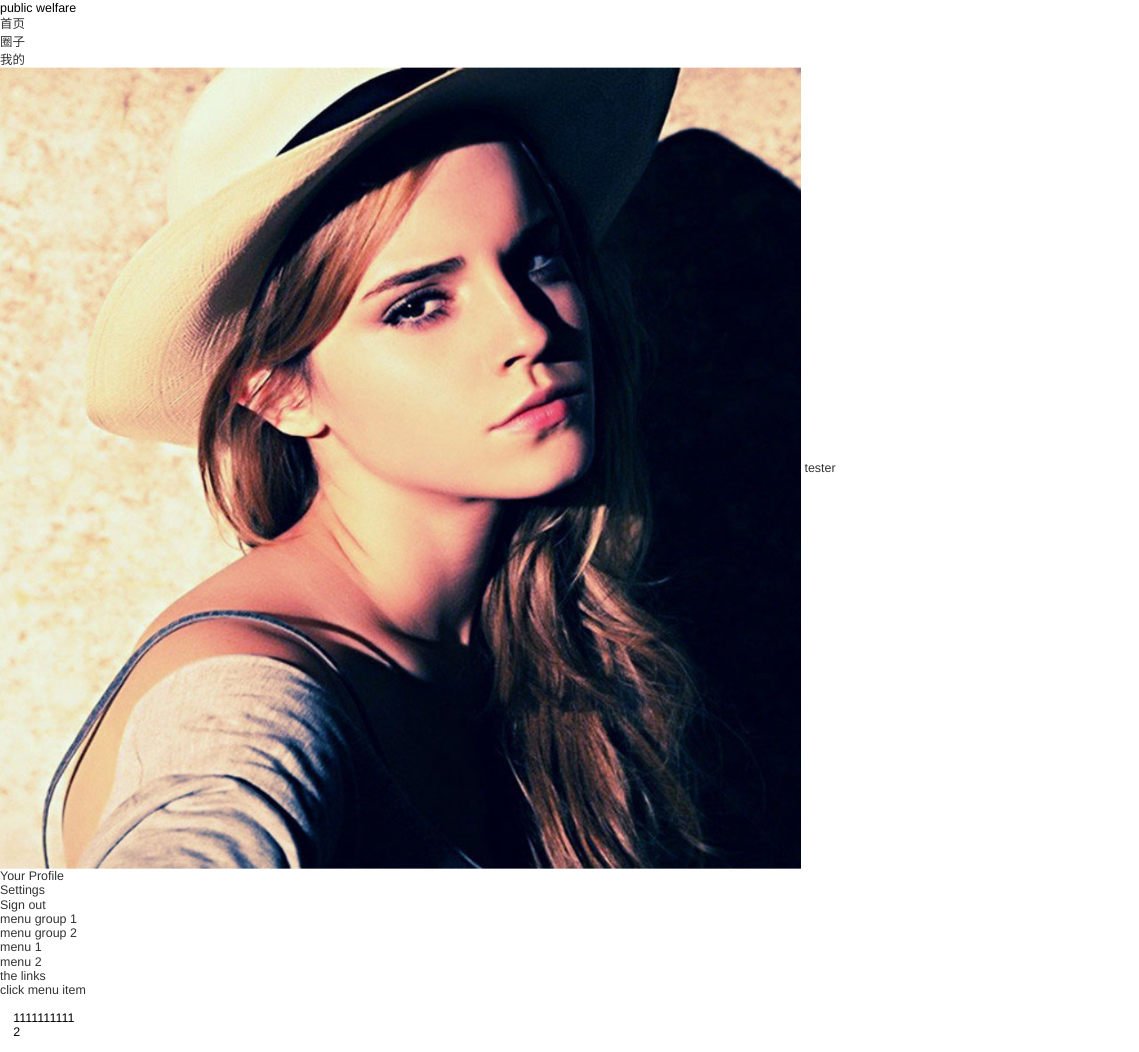
Repository: wjiawei97/FrontEndExercises
Page: 6. bigEvent/index.html
An editor plug-in stored every save of this project. The page is shown before and after the next save, followed by the edit.
The browser window is 1280 px wide. The pictures show the whole page, at 89% of full size.

Above is the page before, as saved 2021-08-12 09:17:24.

After the next save:
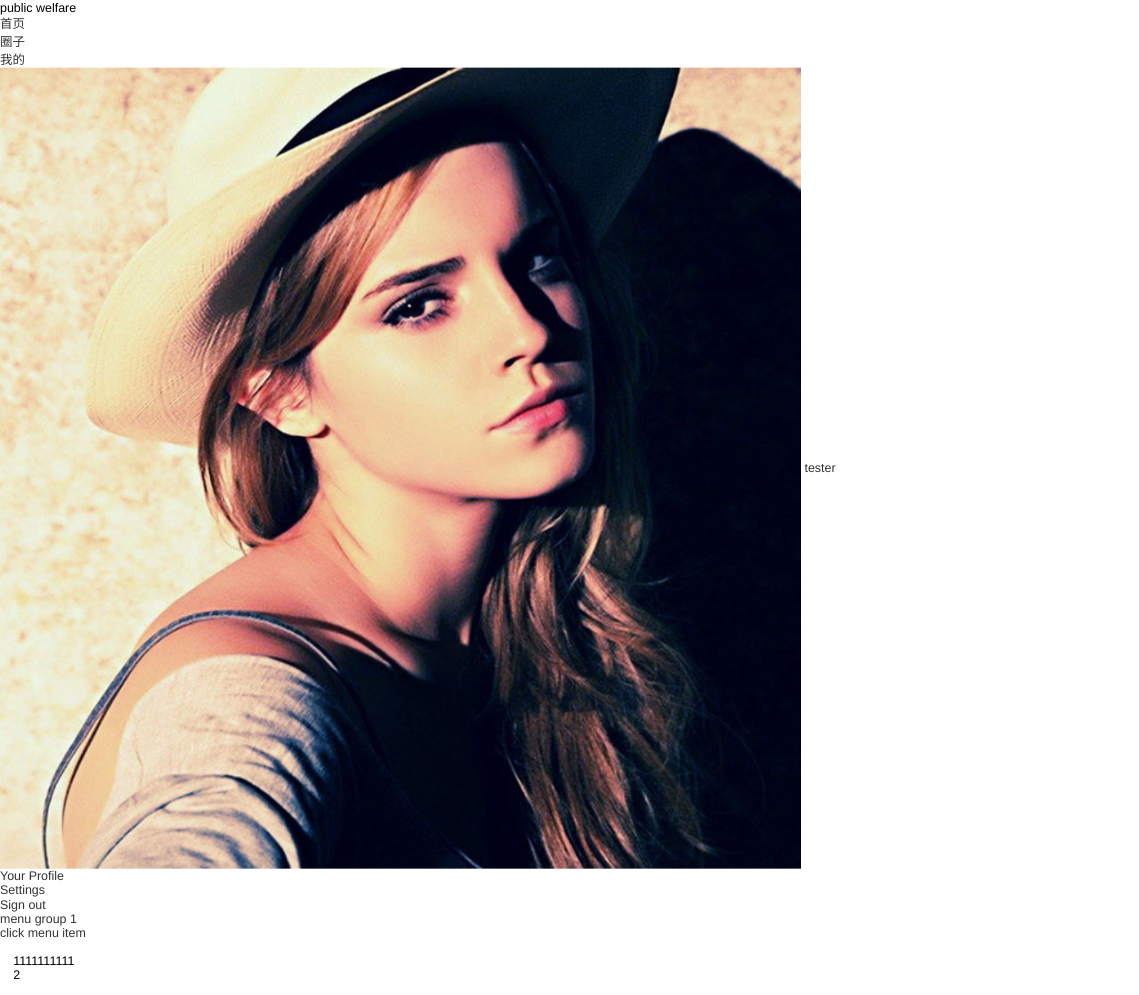
Saved 10 min 43 s later.
--- a/6. bigEvent/index.html
+++ b/6. bigEvent/index.html
@@ -70,16 +70,7 @@
                             <dd><a href="">the links</a></dd>
                         </dl>
                     </li>
-                    <li class="pb-nav-item">
-                        <a href="javascript:;">menu group 2
-                            <i class="pb-icon pb-icon-down pb-nav-more"></i>
-                        </a>
-                        <dl class="pb-nav-child">
-                            <dd><a href="javascript:;">menu 1</a></dd>
-                            <dd><a href="javascript:;">menu 2</a></dd>
-                            <dd><a href="">the links</a></dd>
-                        </dl>
-                    </li>
+
                     <li class="pb-nav-item"><a href="javascript:;">click menu item</a></li>
                 </ul>
             </div>
